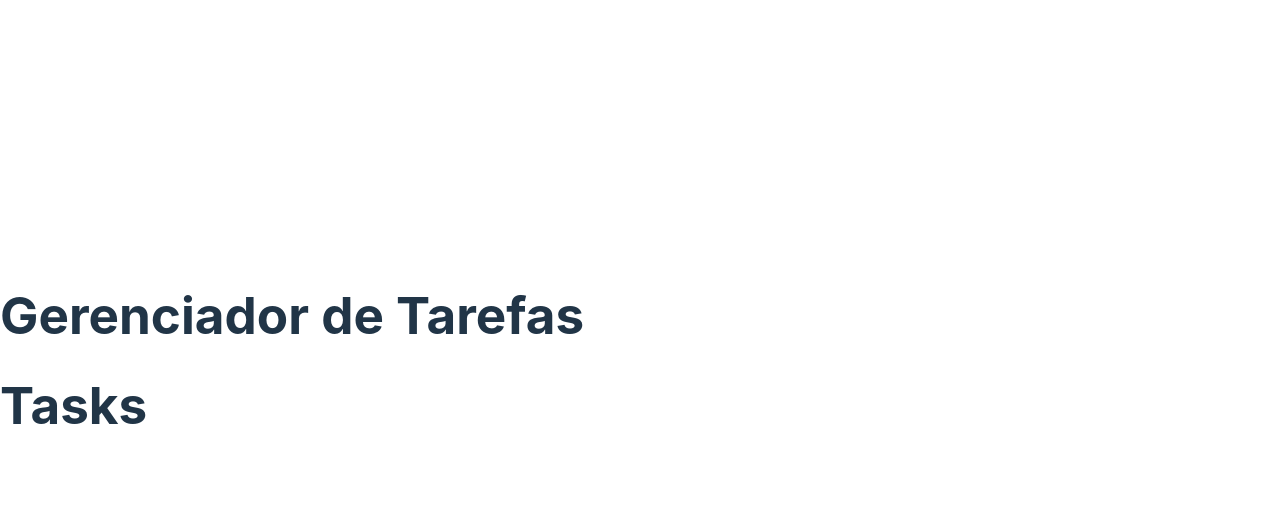
Repository: Rubenslourenco/task-manager-react
Page: /
These files come from the project's save history. The page is drawn as it stood at one moment and after the next save; the edit follows.
The browser window is 1280 px wide. The pictures show the whole page.
The project was rebuilt for these pictures with package versions that can differ from the ones it lists, and the page was loaded fresh each time. Also part of the build but not shown: vite.config.js.

Above is the page before, as saved 2025-01-30 14:40:40.

After the next save:
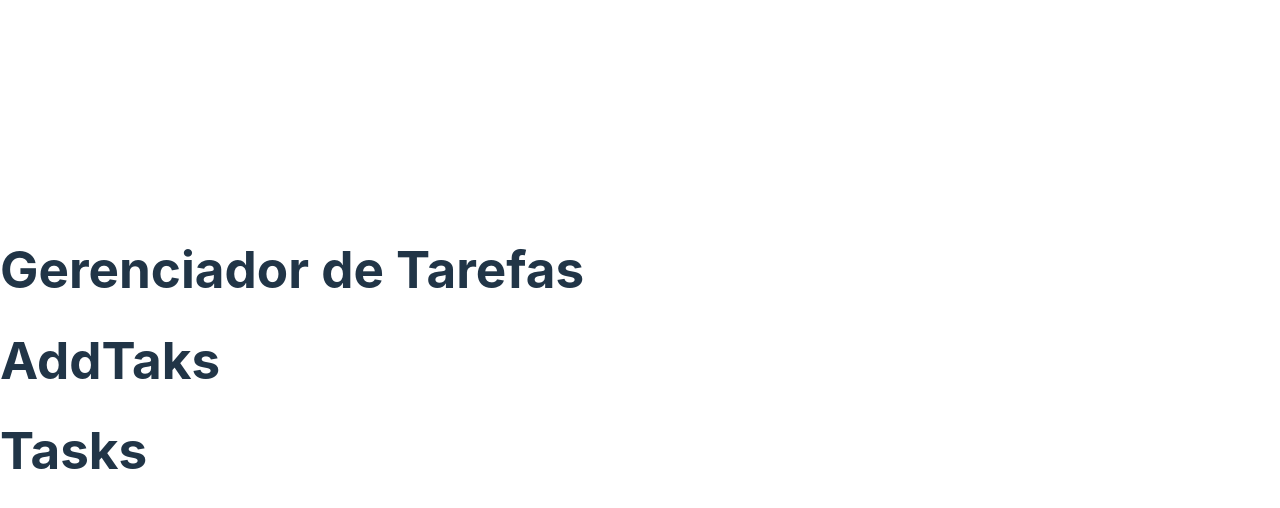
Saved 24 s later.
--- a/src/App.jsx
+++ b/src/App.jsx
@@ -1,9 +1,11 @@
+import AddTaks from "./components/AddTaks";
 import Tasks from "./components/tasks";
 
 function App() {
   return (
     <div>
       <h1>Gerenciador de Tarefas</h1>
+      <AddTaks />
       <Tasks />
     </div>
   );
